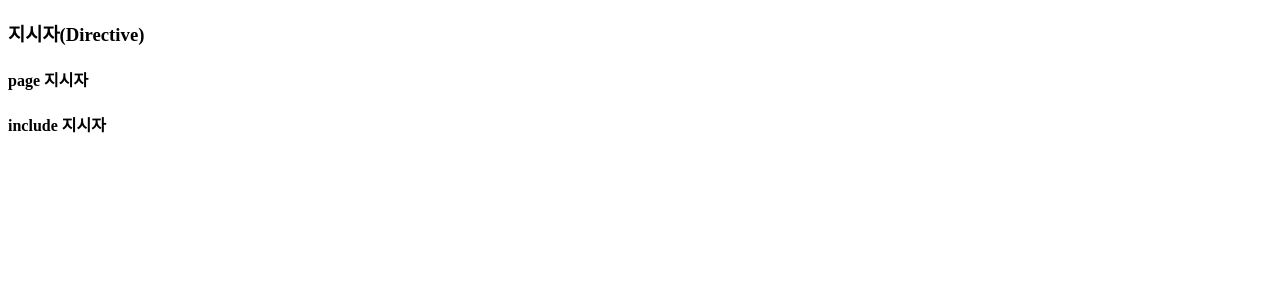
Repository: SangKyuuu/Jsp
Page: http://localhost/ch02/4_Directive.jsp
The author's editor kept a copy of each file at every save. The page is drawn from the files as they stood at one save, then again after a run of saves.
The browser window is 1280 px wide. The pictures show the whole page.
The page is served by Tomcat 10.

Above is the page before, as saved 2025-07-28 02:20:58.

After the next 2 saves:
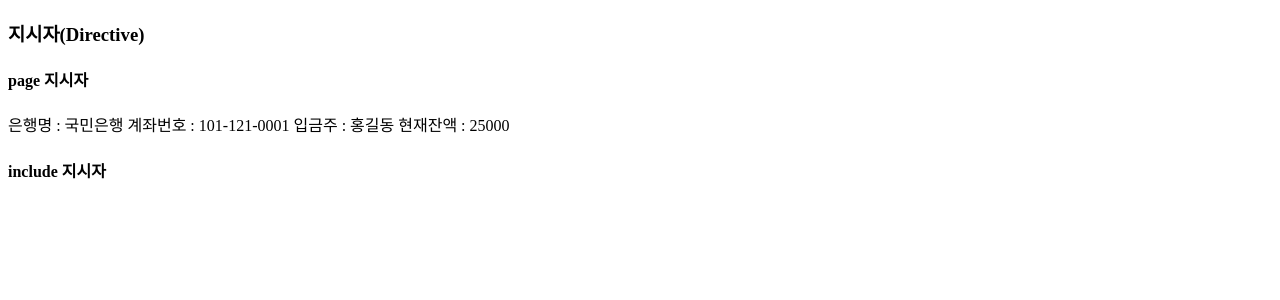
The 2 saves are shown as one change because 1 did not build or start.
The last was saved 53 s later.
--- a/ch02/src/main/webapp/4_Directive.jsp
+++ b/ch02/src/main/webapp/4_Directive.jsp
@@ -17,6 +17,9 @@
 		<h4>page 지시자</h4>
 		<%
 			Account kb = new Account("국민은행","101-121-0001","홍길동",10000);
+			kb.deposit(40000);
+			kb.withdraw(25000);
+			kb.show(out);
 		%>
 		<h4>include 지시자</h4>
 
